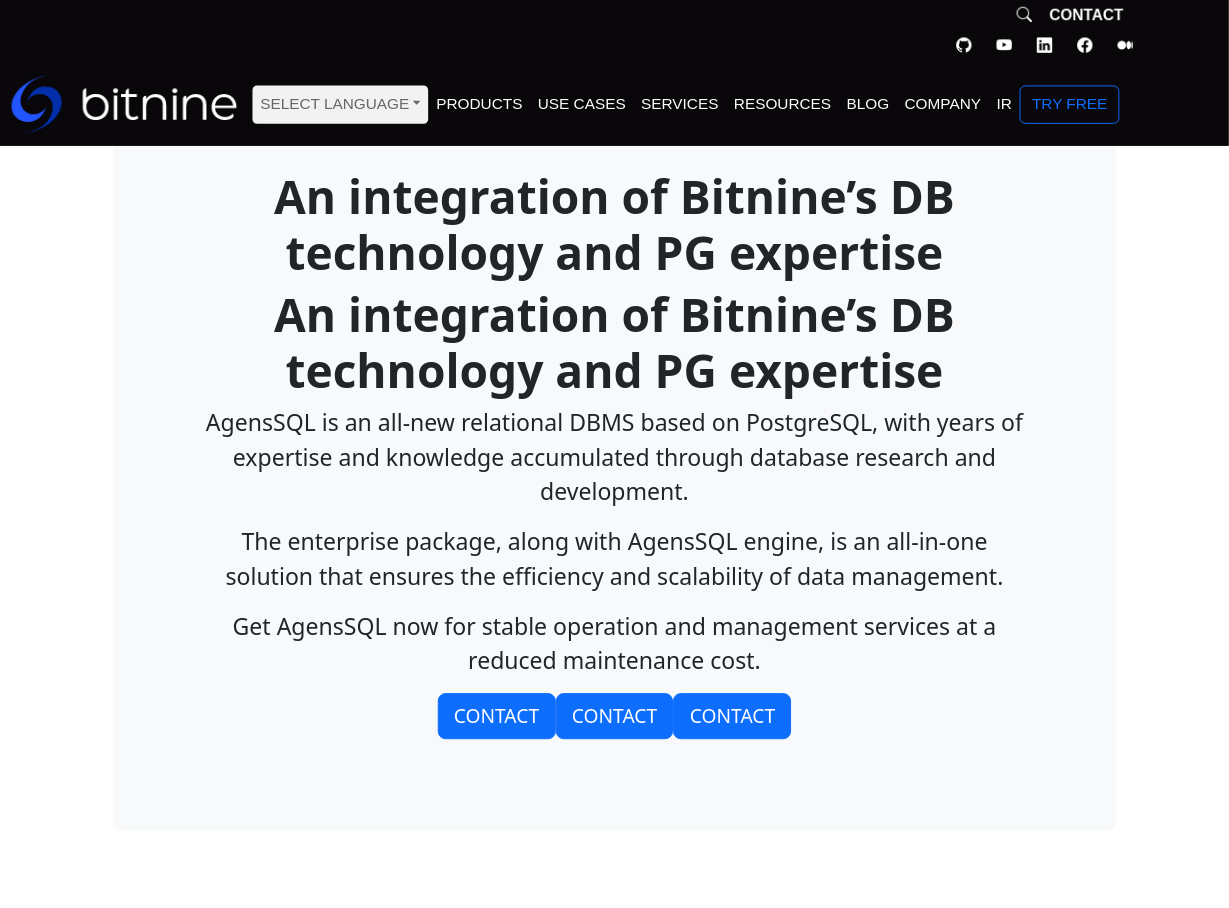
Repository: devblackie/signinpage
Page: /
These files come from the project's save history. The page is drawn as it stood at one moment and after the next save; the edit follows.
The browser window is 1280 px wide. The pictures show the whole page, at 96% of full size.
Some web fonts or font styles are not loaded; a fallback is used. The project was rebuilt for these pictures with package versions that can differ from the ones it lists, and the page was loaded fresh each time. Also part of the build but not shown: vite.config.js, src/components/Signup.jsx, src/components/Login.jsx, src/components/Dashboard.jsx, src/components/ProtectedDashboard.jsx.

Above is the page before, as saved 2023-08-28 13:51:22.

After the next save:
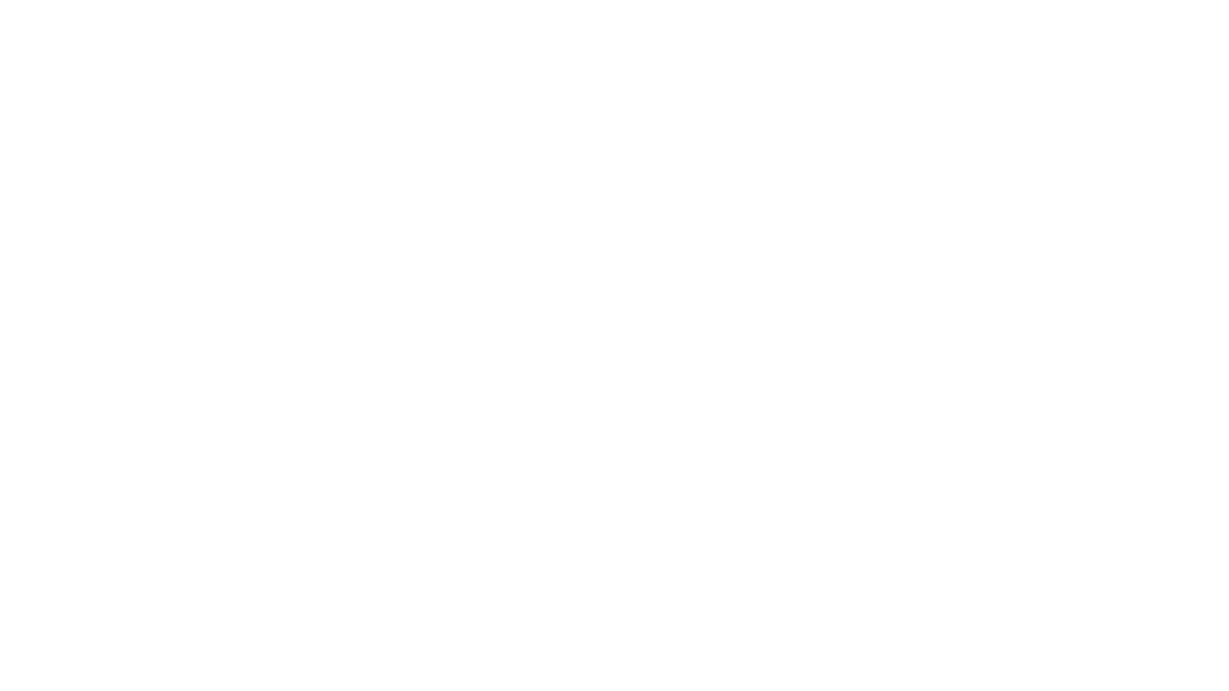
Console error: ReferenceError: Logo is not defined
Saved 5 s later.
--- a/src/components/Home.jsx
+++ b/src/components/Home.jsx
@@ -9,6 +9,7 @@
         <div className="container px-lg-5">
           <div className="p-4 p-lg-5 bg-light rounded-3 text-center">
             <div className="m-4 m-lg-5">
+            <img src={`${Logo}`} alt="logo" />
 
               <h1 className="display-5 fw-bold"></h1>
               <h1 className="display-5 fw-bold">

After the 2 saves that followed:
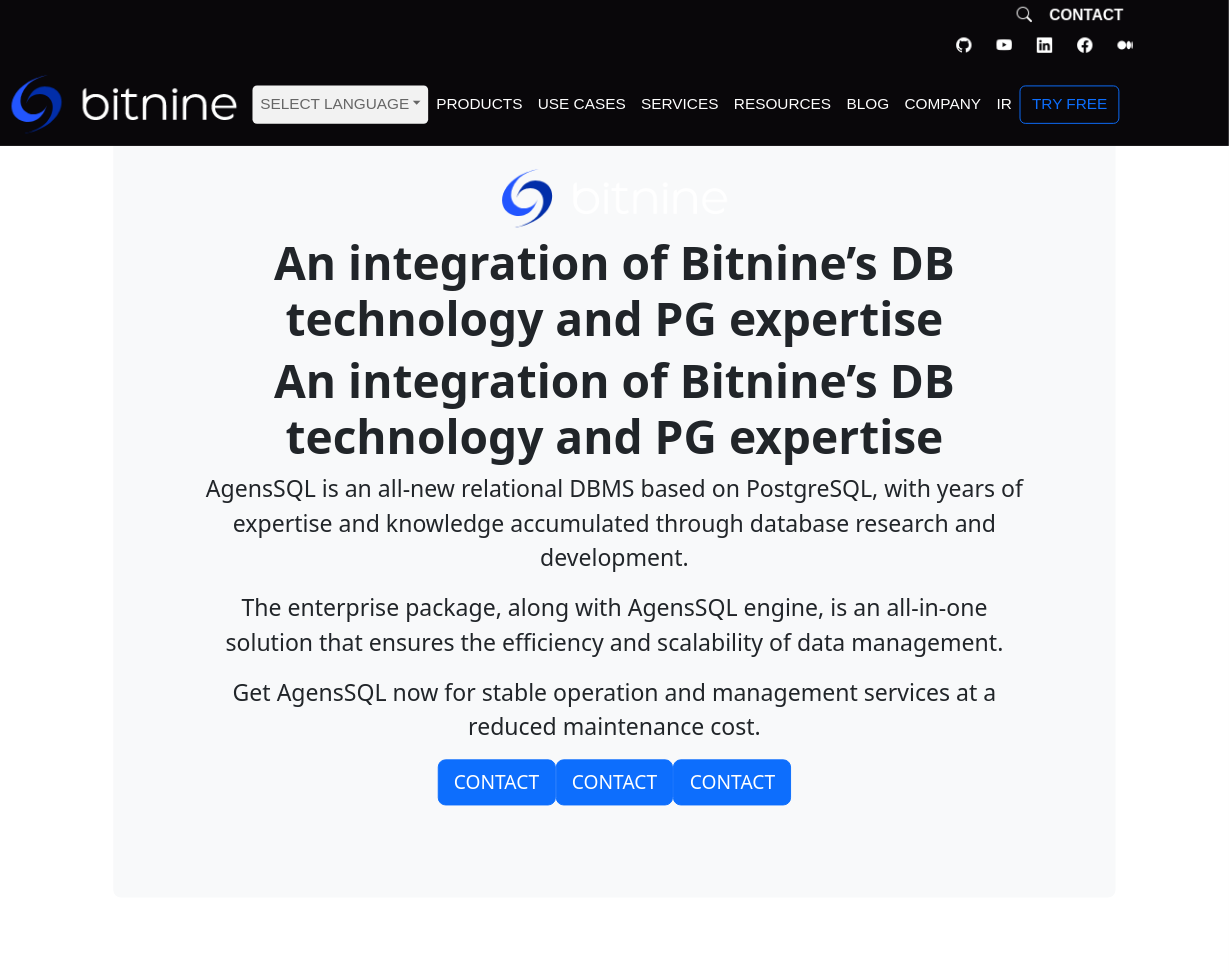
The error is gone.
The 2 saves are shown as one change because they came seconds apart.
The last was saved 25 s later.
--- a/src/components/Home.jsx
+++ b/src/components/Home.jsx
@@ -1,5 +1,7 @@
 import React from "react";
 import Header from "./Header";
+import Logo from "../assets/bitnine-logo_.png";
+
 
 export default function Home() {
   return (
